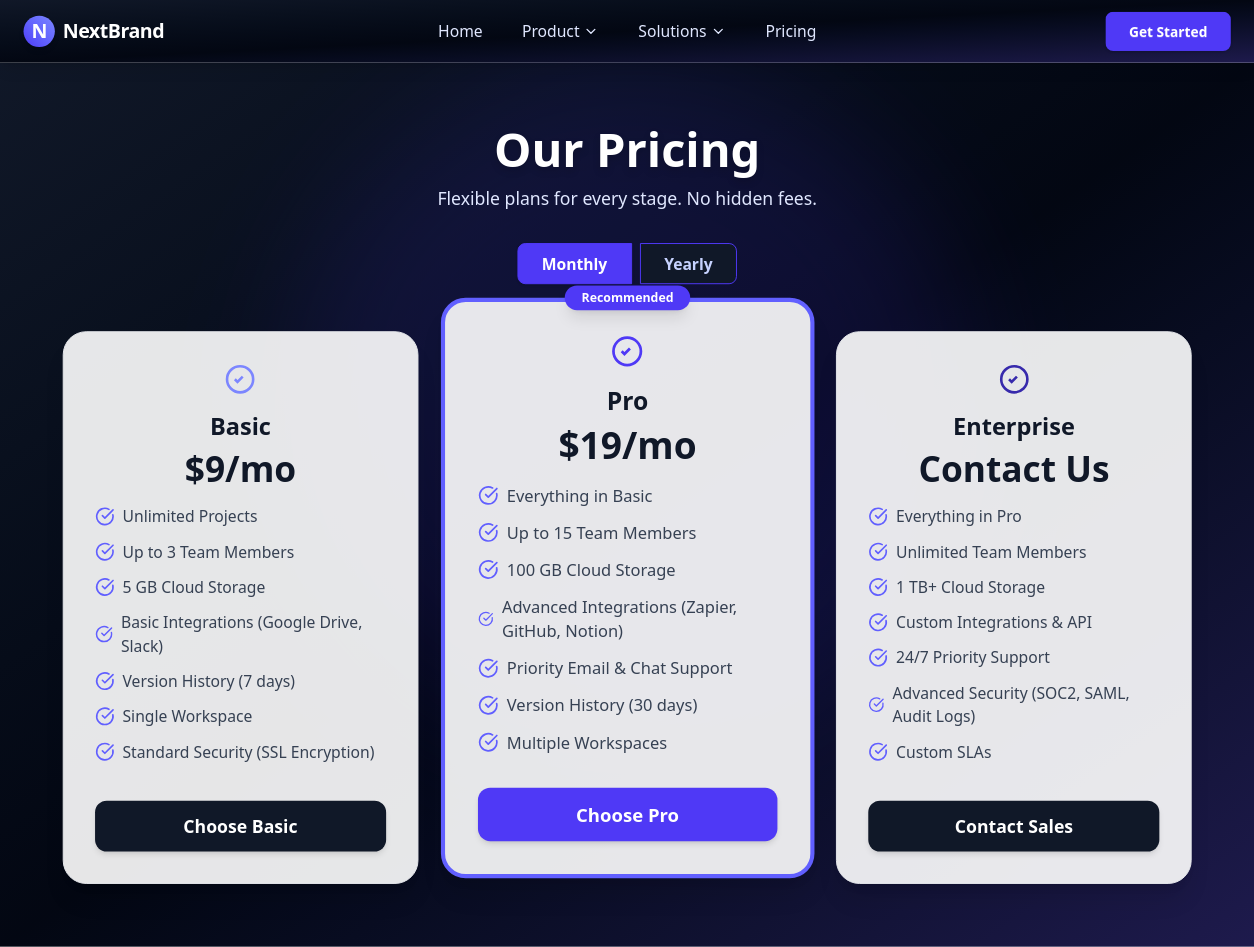
Repository: Chiranshukapil/Next_Brand
Page: /pricing
The author's editor kept a copy of each file at every save. The page is drawn from the files as they stood at one save, then again after the next save.
The browser window is 1280 px wide. The pictures show the whole page, at 98% of full size.
The project was rebuilt for these pictures with package versions that can differ from the ones it lists, and the page was loaded fresh each time. Also part of the build but not shown: vite.config.js.

Above is the page before, as saved 2025-06-18 12:19:57.

After the next save:
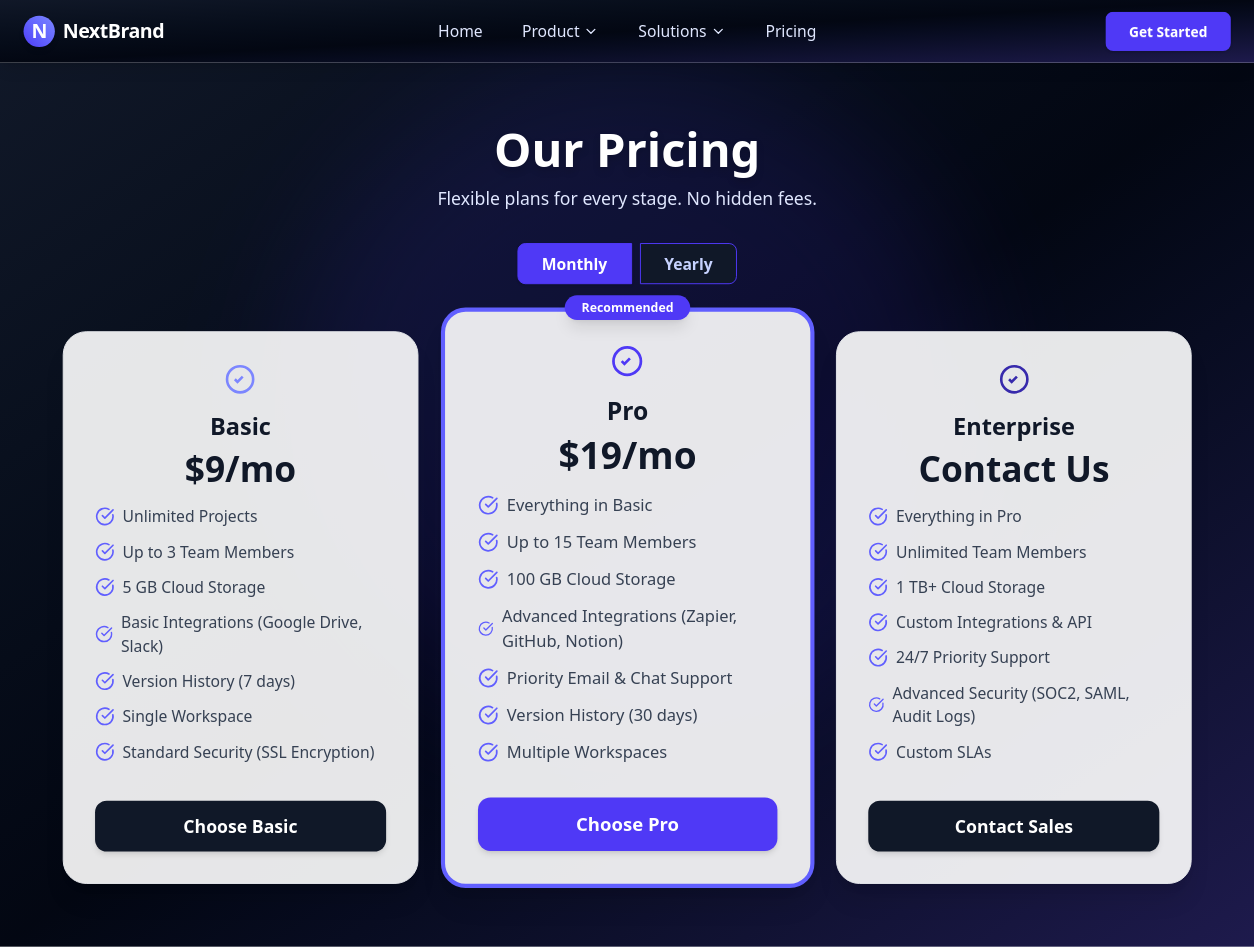
Saved 6 s later.
--- a/src/Components/PricingSection.jsx
+++ b/src/Components/PricingSection.jsx
@@ -118,7 +118,7 @@
                   ? "border-4 border-indigo-500 bg-indigo-50 z-20 md:scale-105 shadow-2xl"
                   : "border-gray-200"
               }`}
-              style={plan.recommended && window.innerWidth >= 768 ? { top: '-20px' } : {}}
+              style={plan.recommended && window.innerWidth >= 768 ? { top: '-10px' } : {}}
             >
               {plan.recommended && (
                 <span className="absolute -top-4 left-1/2 -translate-x-1/2 bg-indigo-600 text-white text-xs px-4 py-1 rounded-full font-semibold shadow-lg z-30">

After the save that followed:
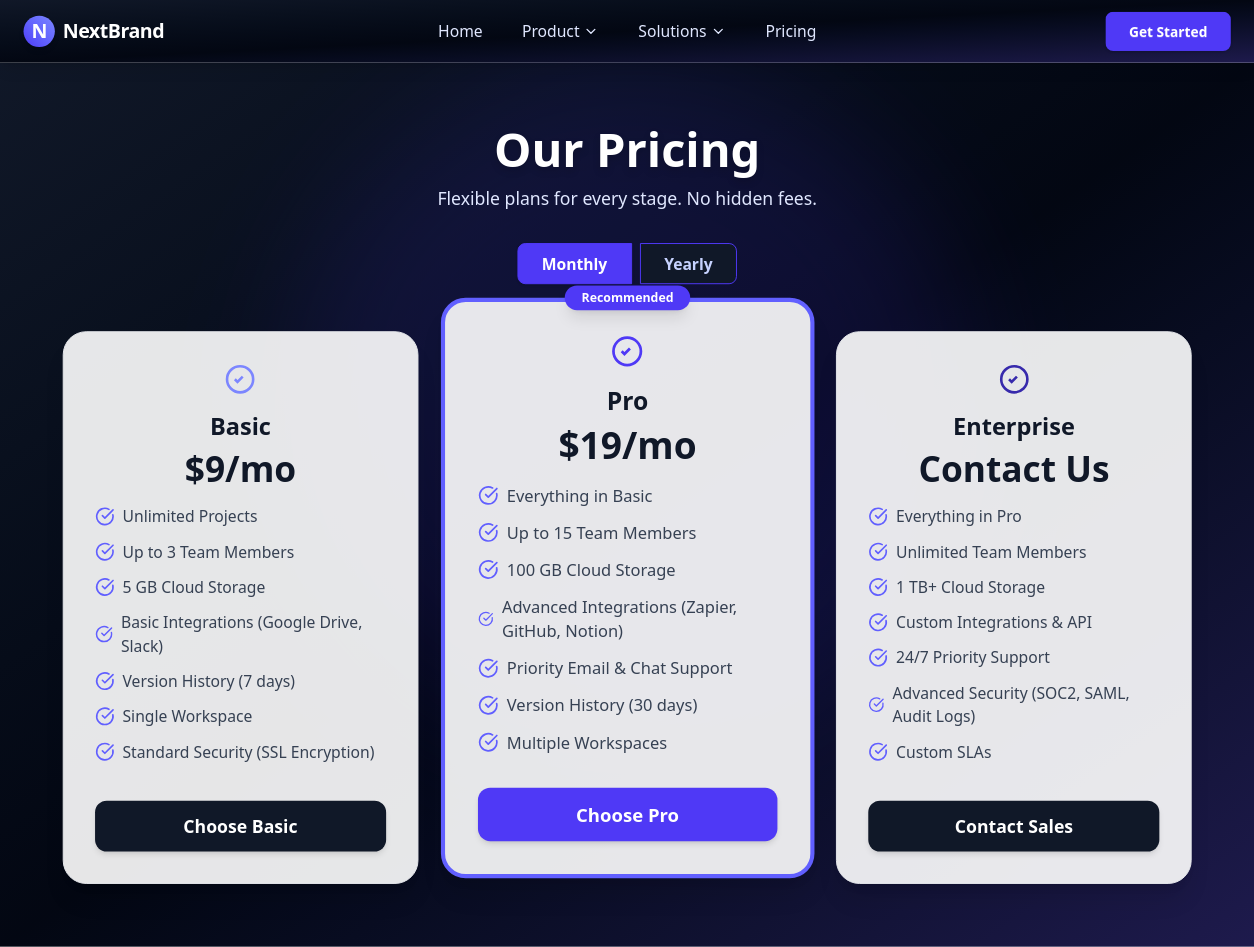
Saved 6 s later.
--- a/src/Components/PricingSection.jsx
+++ b/src/Components/PricingSection.jsx
@@ -118,7 +118,7 @@
                   ? "border-4 border-indigo-500 bg-indigo-50 z-20 md:scale-105 shadow-2xl"
                   : "border-gray-200"
               }`}
-              style={plan.recommended && window.innerWidth >= 768 ? { top: '-10px' } : {}}
+              style={plan.recommended && window.innerWidth >= 768 ? { top: '-20px' } : {}}
             >
               {plan.recommended && (
                 <span className="absolute -top-4 left-1/2 -translate-x-1/2 bg-indigo-600 text-white text-xs px-4 py-1 rounded-full font-semibold shadow-lg z-30">
